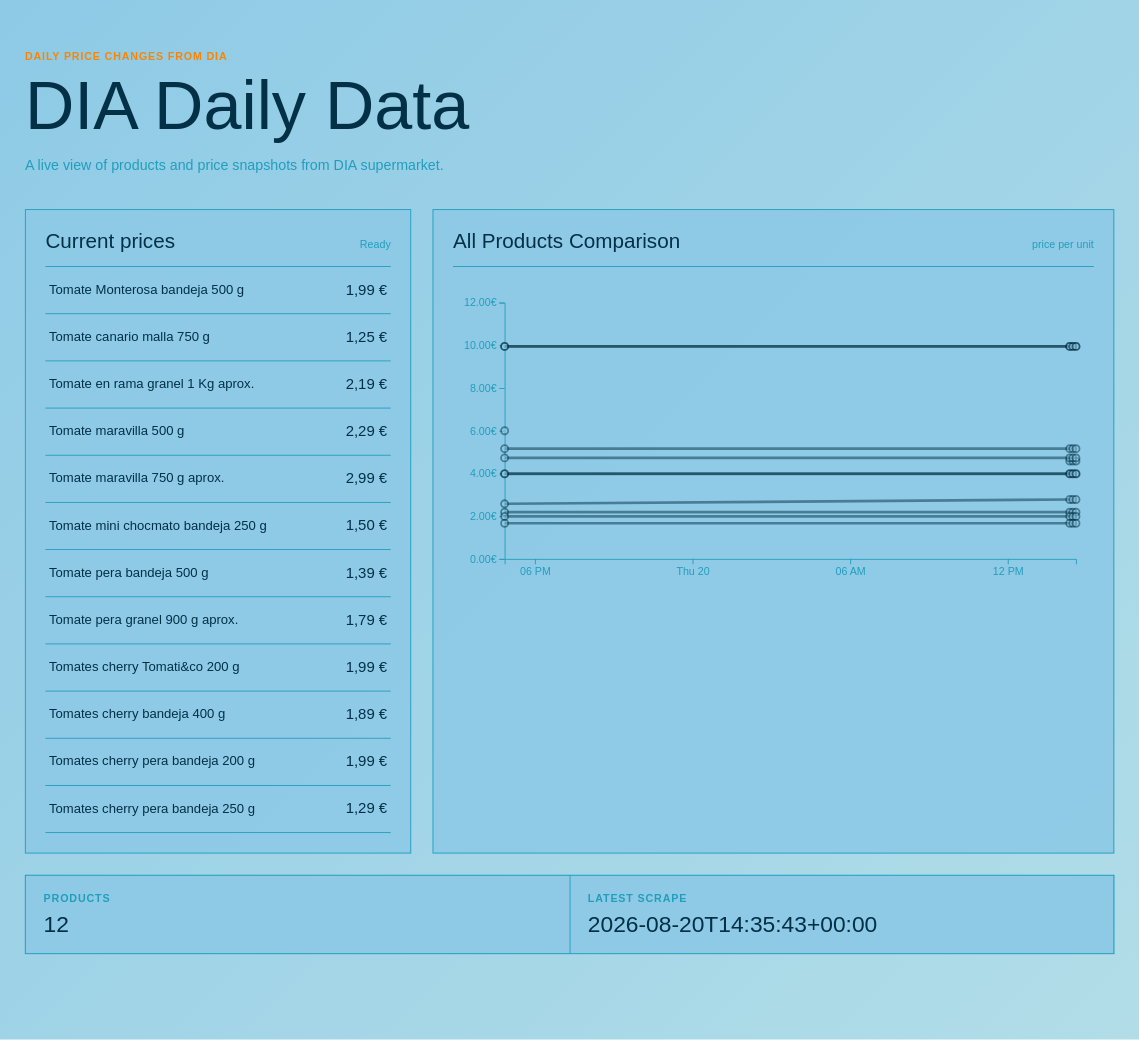
Repository: lloop/dia-daily-data
Page: http://localhost/
An editor plug-in stored every save of this project. The page is shown before and after the next save, followed by the edit.
The browser window is 1280 px wide. The pictures show the whole page, at 89% of full size.
The page is served by the project's application, run on Flask 3 (app.py). Other server files are loaded and not shown. The page reads the database file committed with the project.

Above is the page before, as saved 2026-08-20 17:23:08.

### templates/index.html
<!doctype html>
<html lang="en">
<head>
  <meta charset="utf-8">
  <meta name="viewport" content="width=device-width, initial-scale=1">
  <title>Daily Price Changes From DIA</title>
  <link rel="stylesheet" href="{{ url_for('static', filename='styles.css') }}">
</head>
<body>
  <main class="dashboard">
    <header class="dashboard__header">
      <p class="eyebrow">Daily Price Changes From DIA</p>
      <h1>DIA Daily Data</h1>
      <p class="lede">A live view of products and price snapshots from DIA supermarket.</p>
    </header>

    <section class="content-grid">
      <div class="panel">
        <div class="panel__heading">
          <h2>Current prices</h2>
          <span id="status">Loading...</span>
        </div>
        <div id="product-list" class="product-list"></div>
      </div>

      <div class="panel panel--chart">
        <div class="panel__heading">
          <h2 id="chart-title">Price history</h2>
          <span id="chart-unit"></span>
        </div>
        <svg id="price-chart" role="img" aria-label="Selected product price history"></svg>
        <p id="empty-chart" class="empty-state">Select a product to inspect its price history.</p>
      </div>
    </section>

    <section class="summary" aria-label="Database summary">
      <div><span class="summary__label">Products</span><strong id="product-count">-</strong></div>
      <div><span class="summary__label">Latest scrape</span><strong id="latest-scrape">-</strong></div>
    </section>

  </main>

  <script src="https://cdn.jsdelivr.net/npm/d3@7"></script>
  <script src="{{ url_for('static', filename='app.js') }}"></script>
</body>
</html>

### app.py
"""Flask server for exploring scraped DIA product and price data."""

import json
import sqlite3
from pathlib import Path

from flask import Flask, jsonify, render_template

from config import DATABASE_FILE


def create_app(database_path=None):
    """Create the Flask application, optionally using a test database."""
    app = Flask(__name__)
    app.config['DATABASE_FILE'] = Path(database_path or DATABASE_FILE)

    def query_database(query, parameters=()):
        database_file = app.config['DATABASE_FILE']
        if not database_file.exists():
            return []

        with sqlite3.connect(database_file) as connection:
            connection.row_factory = sqlite3.Row
            return [dict(row) for row in connection.execute(query, parameters)]

    @app.get('/')
    def index():
        return render_template('index.html')

    @app.get('/api/products')
    def products():
        rows = query_database(
            """
            SELECT
                products.id,
                products.name,
                products.item_type,
                products.metadata_json,
                latest.price,
                latest.currency,
                latest.raw_price_per_unit,
                latest.unit_price_eur,
                latest.availability,
                latest.scraped_at
            FROM products
            LEFT JOIN price_logs AS latest
                ON latest.id = (
                    SELECT price_logs.id
                    FROM price_logs
                    WHERE price_logs.product_id = products.id
                    ORDER BY price_logs.scraped_at DESC, price_logs.id DESC
                    LIMIT 1
                )
            ORDER BY products.name
            """
        )

        for row in rows:
            row['metadata'] = json.loads(row.pop('metadata_json') or '{}')

        return jsonify(rows)

    @app.get('/api/products/<int:product_id>/price-history')
    def price_history(product_id):
        rows = query_database(
            """
            SELECT price, currency, raw_price_per_unit, unit_price_eur,
                   availability, scraped_at
            FROM price_logs
            WHERE product_id = ?
            ORDER BY scraped_at, id
            """,
            (product_id,),
        )
        return jsonify(rows)

    return app


app = create_app()


if __name__ == '__main__':
    app.run(debug=True)

### static/styles.css
:root {
  color-scheme: light;
  --sky-blue-light: #8ecae6;
  --blue-green: #219ebc;
  --deep-space-blue: #023047;
  --amber-flame: #ffb703;
  --princeton-orange: #fb8500;
  --ink: var(--deep-space-blue);
  --muted: var(--blue-green);
  --paper: var(--sky-blue-light);
  --panel: var(--sky-blue-light);
  --line: var(--blue-green);
  --accent: var(--deep-space-blue);
  --accent-soft: rgba(255, 183, 3, 0.22);
}

* { box-sizing: border-box; }
body { margin: 0; background: linear-gradient(135deg, var(--sky-blue-light), rgba(33, 158, 188, 0.35)); color: var(--ink); font-family: Arial, Helvetica, sans-serif;}
.dashboard { max-width: 1280px; margin: 0 auto; padding: 56px 28px 72px; }
.dashboard__header { max-width: 700px; margin-bottom: 36px; }
.eyebrow, .summary__label, #status, #chart-unit { font: 600 0.75rem/1.2 Arial, sans-serif; letter-spacing: 0.08em; text-transform: uppercase; }
.eyebrow { color: var(--princeton-orange); margin: 0 0 12px; }
h1 { font-size: clamp(2.5rem, 6vw, 5.25rem); line-height: 0.95; margin: 0 0 18px; font-weight: 500; }
.lede { color: var(--muted); font: 1rem/1.6 Arial, sans-serif; margin: 0; }
.summary { display: flex; gap: 1px; margin-bottom: 24px; background: var(--line); border: 1px solid var(--line); }
.summary > div { flex: 1; background: var(--panel); padding: 18px 20px; }
.summary__label { display: block; color: var(--muted); margin-bottom: 8px; }
.summary strong { font-size: 1.6rem; font-weight: 500; }
.content-grid { display: grid; grid-template-columns: minmax(260px, 0.85fr) minmax(420px, 1.5fr); gap: 24px; margin-bottom: 24px;}
.panel { background: rgba(142, 202, 230, 0.92); border: 1px solid var(--line); padding: 22px; min-height: 420px; }
.panel__heading { display: flex; align-items: baseline; justify-content: space-between; gap: 16px; border-bottom: 1px solid var(--line); padding-bottom: 14px; }
h2 { font-size: 1.45rem; font-weight: 500; margin: 0; }
#status, #chart-unit { color: var(--muted); letter-spacing: 0; text-transform: none; font-weight: 400; }
.product-list { display: grid; }
.product-button { display: flex; justify-content: space-between; gap: 16px; width: 100%; text-align: left; border: 0; border-bottom: 1px solid var(--line); background: transparent; color: inherit; padding: 16px 4px; cursor: pointer; }
.product-button:hover, .product-button.is-selected { background: var(--accent-soft); padding-left: 10px; padding-right: 10px; }
.product-name { font: 0.92rem/1.35 Arial, sans-serif; }
.product-price { white-space: nowrap; font-size: 1.05rem; }
#price-chart { width: 100%; height: 350px; margin-top: 20px; overflow: visible; }
.axis text { fill: var(--muted); font: 12px Arial, sans-serif; }
.axis path, .axis line { stroke: var(--line); }
.chart-line { fill: none; stroke: var(--accent); stroke-width: 3; }
.chart-dot { fill: var(--panel); stroke: var(--accent); stroke-width: 2; }
.empty-state { color: var(--muted); font: 0.95rem/1.5 Arial, sans-serif; }
@media (max-width: 800px) { .dashboard { padding: 34px 16px 48px; } .content-grid { grid-template-columns: 1fr; } .summary { flex-direction: column; } .panel--chart { min-height: 360px; } }

### output/dia_products.sqlite3 (the tables this page reads, as SQL)
CREATE TABLE price_logs (
    id INTEGER PRIMARY KEY,
    product_id INTEGER NOT NULL,
    price REAL,
    currency TEXT,
    raw_price_per_unit TEXT,
    unit_price_eur REAL,
    availability TEXT,
    scraped_at DATETIME NOT NULL,
    FOREIGN KEY (product_id) REFERENCES products(id)
);
INSERT INTO "price_logs" VALUES
(1, 1, 1.29, 'EUR', '(2,58 €/KILO)', 2.58, 'https://schema.org/InStock', '2026-08-19T16:50:45+00:00'),
(2, 2, 2.19, 'EUR', '(2,19 €/KILO)', 2.19, 'https://schema.org/InStock', '2026-08-19T16:50:45+00:00'),
(3, 3, 1.99, 'EUR', '(9,95 €/KILO)', 9.95, 'https://schema.org/InStock', '2026-08-19T16:50:45+00:00'),
(4, 4, 1.29, 'EUR', '(5,16 €/KILO)', 5.16, 'https://schema.org/InStock', '2026-08-19T16:50:45+00:00'),
(5, 5, 1.79, 'EUR', '(1,99 €/KILO)', 1.99, 'https://schema.org/InStock', '2026-08-19T16:50:45+00:00'),
(6, 6, 1.89, 'EUR', '(4,73 €/KILO)', 4.73, 'https://schema.org/InStock', '2026-08-19T16:50:45+00:00'),
(7, 7, 1.99, 'EUR', '(3,98 €/KILO)', 3.98, 'https://schema.org/InStock', '2026-08-19T16:50:45+00:00'),
(8, 8, 1.25, 'EUR', '(1,67 €/KILO)', 1.67, 'https://schema.org/InStock', '2026-08-19T16:50:45+00:00'),
(9, 9, 2.99, 'EUR', '(3,99 €/KILO)', 3.99, 'https://schema.org/OutOfStock', '2026-08-19T16:50:45+00:00'),
(10, 10, 1.5, 'EUR', '(6,00 €/KILO)', 6.0, 'https://schema.org/InStock', '2026-08-19T16:50:45+00:00'),
(11, 11, 1.99, 'EUR', '(9,95 €/KILO)', 9.95, 'https://schema.org/InStock', '2026-08-19T16:50:45+00:00'),
(12, 1, 1.39, 'EUR', '(2,78 €/KILO)', 2.78, 'https://schema.org/InStock', '2026-08-20T14:21:22+00:00'),
(13, 2, 2.19, 'EUR', '(2,19 €/KILO)', 2.19, 'https://schema.org/InStock', '2026-08-20T14:21:22+00:00'),
(14, 3, 1.99, 'EUR', '(9,95 €/KILO)', 9.95, 'https://schema.org/InStock', '2026-08-20T14:21:22+00:00'),
(15, 4, 1.29, 'EUR', '(5,16 €/KILO)', 5.16, 'https://schema.org/InStock', '2026-08-20T14:21:22+00:00'),
(16, 5, 1.79, 'EUR', '(1,99 €/KILO)', 1.99, 'https://schema.org/InStock', '2026-08-20T14:21:22+00:00'),
(17, 6, 1.89, 'EUR', '(4,73 €/KILO)', 4.73, 'https://schema.org/InStock', '2026-08-20T14:21:22+00:00'),
(18, 7, 1.99, 'EUR', '(3,98 €/KILO)', 3.98, 'https://schema.org/InStock', '2026-08-20T14:21:22+00:00'),
(19, 8, 1.25, 'EUR', '(1,67 €/KILO)', 1.67, 'https://schema.org/InStock', '2026-08-20T14:21:22+00:00'),
(20, 9, 2.99, 'EUR', '(3,99 €/KILO)', 3.99, 'https://schema.org/OutOfStock', '2026-08-20T14:21:22+00:00'),
(21, 11, 1.99, 'EUR', '(9,95 €/KILO)', 9.95, 'https://schema.org/InStock', '2026-08-20T14:21:22+00:00'),
(22, 12, 2.29, 'EUR', '(4,58 €/KILO)', 4.58, 'https://schema.org/InStock', '2026-08-20T14:21:22+00:00'),
(23, 1, 1.39, 'EUR', '(2,78 €/KILO)', 2.78, 'https://schema.org/InStock', '2026-08-20T14:28:25+00:00'),
(24, 2, 2.19, 'EUR', '(2,19 €/KILO)', 2.19, 'https://schema.org/InStock', '2026-08-20T14:28:25+00:00'),
(25, 3, 1.99, 'EUR', '(9,95 €/KILO)', 9.95, 'https://schema.org/InStock', '2026-08-20T14:28:25+00:00'),
(26, 4, 1.29, 'EUR', '(5,16 €/KILO)', 5.16, 'https://schema.org/InStock', '2026-08-20T14:28:25+00:00'),
(27, 5, 1.79, 'EUR', '(1,99 €/KILO)', 1.99, 'https://schema.org/InStock', '2026-08-20T14:28:25+00:00'),
(28, 6, 1.89, 'EUR', '(4,73 €/KILO)', 4.73, 'https://schema.org/InStock', '2026-08-20T14:28:25+00:00'),
(29, 7, 1.99, 'EUR', '(3,98 €/KILO)', 3.98, 'https://schema.org/InStock', '2026-08-20T14:28:25+00:00'),
(30, 8, 1.25, 'EUR', '(1,67 €/KILO)', 1.67, 'https://schema.org/InStock', '2026-08-20T14:28:25+00:00'),
(31, 9, 2.99, 'EUR', '(3,99 €/KILO)', 3.99, 'https://schema.org/OutOfStock', '2026-08-20T14:28:25+00:00'),
(32, 11, 1.99, 'EUR', '(9,95 €/KILO)', 9.95, 'https://schema.org/InStock', '2026-08-20T14:28:25+00:00'),
(33, 12, 2.29, 'EUR', '(4,58 €/KILO)', 4.58, 'https://schema.org/InStock', '2026-08-20T14:28:25+00:00'),
(34, 1, 1.39, 'EUR', '(2,78 €/KILO)', 2.78, 'https://schema.org/InStock', '2026-08-20T14:35:43+00:00'),
(35, 2, 2.19, 'EUR', '(2,19 €/KILO)', 2.19, 'https://schema.org/InStock', '2026-08-20T14:35:43+00:00'),
(36, 3, 1.99, 'EUR', '(9,95 €/KILO)', 9.95, 'https://schema.org/InStock', '2026-08-20T14:35:43+00:00'),
(37, 4, 1.29, 'EUR', '(5,16 €/KILO)', 5.16, 'https://schema.org/InStock', '2026-08-20T14:35:43+00:00'),
(38, 5, 1.79, 'EUR', '(1,99 €/KILO)', 1.99, 'https://schema.org/InStock', '2026-08-20T14:35:43+00:00'),
(39, 6, 1.89, 'EUR', '(4,73 €/KILO)', 4.73, 'https://schema.org/InStock', '2026-08-20T14:35:43+00:00'),
(40, 7, 1.99, 'EUR', '(3,98 €/KILO)', 3.98, 'https://schema.org/InStock', '2026-08-20T14:35:43+00:00'),
(41, 8, 1.25, 'EUR', '(1,67 €/KILO)', 1.67, 'https://schema.org/InStock', '2026-08-20T14:35:43+00:00'),
(42, 9, 2.99, 'EUR', '(3,99 €/KILO)', 3.99, 'https://schema.org/OutOfStock', '2026-08-20T14:35:43+00:00'),
(43, 11, 1.99, 'EUR', '(9,95 €/KILO)', 9.95, 'https://schema.org/InStock', '2026-08-20T14:35:43+00:00'),
(44, 12, 2.29, 'EUR', '(4,58 €/KILO)', 4.58, 'https://schema.org/InStock', '2026-08-20T14:35:43+00:00');

CREATE TABLE products (
    id INTEGER PRIMARY KEY,
    name TEXT UNIQUE NOT NULL,
    item_type TEXT,
    metadata_json TEXT NOT NULL
);
INSERT INTO "products" VALUES
(1, 'Tomate pera bandeja 500 g', 'Product', '{"type": "Product", "info_labels": ["Calibre: + 57MM-75MM", "Categoria: I", "Variedad: PERA", "Origen: PORTUGAL", "Tipo de producto: Tomates"]}'),
(2, 'Tomate en rama granel 1 Kg aprox.', 'Product', '{"type": "Product", "info_labels": ["Calibre: 57 + MM", "Categoria: I", "Variedad: RAMA", "Origen: VER ENVASE", "Tipo de producto: Tomates"]}'),
(3, 'Tomates cherry Tomati&co 200 g', 'Product', '{"type": "Product", "info_labels": ["Calibre: 18-35MM", "Categoria: I", "Variedad: VITALION", "Origen: ESPAÑA", "Tipo de producto: Tomates"]}'),
(4, 'Tomates cherry pera bandeja 250 g', 'Product', '{"type": "Product", "info_labels": ["Calibre: 17-35 MM", "Categoria: I", "Variedad: CHERRY PERA, ANGELLE", "Origen: ESPAÑA", "Tipo de producto: Tomates"]}'),
(5, 'Tomate pera granel 900 g aprox.', 'Product', '{"type": "Product", "info_labels": ["Calibre: 47-66MM", "Categoria: I", "Variedad: PERA", "Origen: PORTUGAL", "Tipo de producto: Tomates"]}'),
(6, 'Tomates cherry bandeja 400 g', 'Product', '{"type": "Product", "info_labels": ["Calibre: 18 MM - 32 MM", "Categoria: I", "Variedad: CHERRY REDONDO, KARELYA", "Origen: ESPAÑA", "Tipo de producto: Tomates"]}'),
(7, 'Tomate Monterosa bandeja 500 g', 'Product', '{"type": "Product", "info_labels": ["Calibre: +67MM-", "Categoria: I", "Variedad: MONTEROSA", "Origen: VER ENVASE", "Tipo de producto: Tomates"]}'),
(8, 'Tomate canario malla 750 g', 'Product', '{"type": "Product", "info_labels": ["Calibre: 47MM-66MM", "Categoria: I", "Variedad: -", "Origen: PORTUGAL", "Tipo de producto: Tomates"]}'),
(9, 'Tomate maravilla 750 g aprox.', 'Product', '{"type": "Product", "info_labels": ["Calibre: + 67MM", "Categoria: I", "Variedad: MARAVILLA", "Origen: ESPAÑA", "Tipo de producto: Tomates"]}'),
(10, 'Tomate mini chocmato bandeja 250 g', 'Product', '{"type": "Product", "info_labels": ["Calibre: 17-35MM", "Categoria: I", "Variedad: MINI CHOCMATO", "Origen: ESPAÑA", "Tipo de producto: Tomates"]}'),
(11, 'Tomates cherry pera bandeja 200 g', 'Product', '{"type": "Product", "info_labels": ["Calibre: 20-35 MM", "Categoria: I", "Variedad: CHERRY PERA LOBELLO", "Origen: ESPAÑA", "Tipo de producto: Tomates"]}'),
(12, 'Tomate maravilla 500 g', 'Product', '{"type": "Product", "info_labels": ["Calibre: 57 MM", "Categoria: I", "Variedad: MARAVILLA", "Origen: ESPAÑA", "Tipo de producto: Tomates"]}');

Loaded but not shown: static/app.js (179 lines, source omitted)

After the next save:
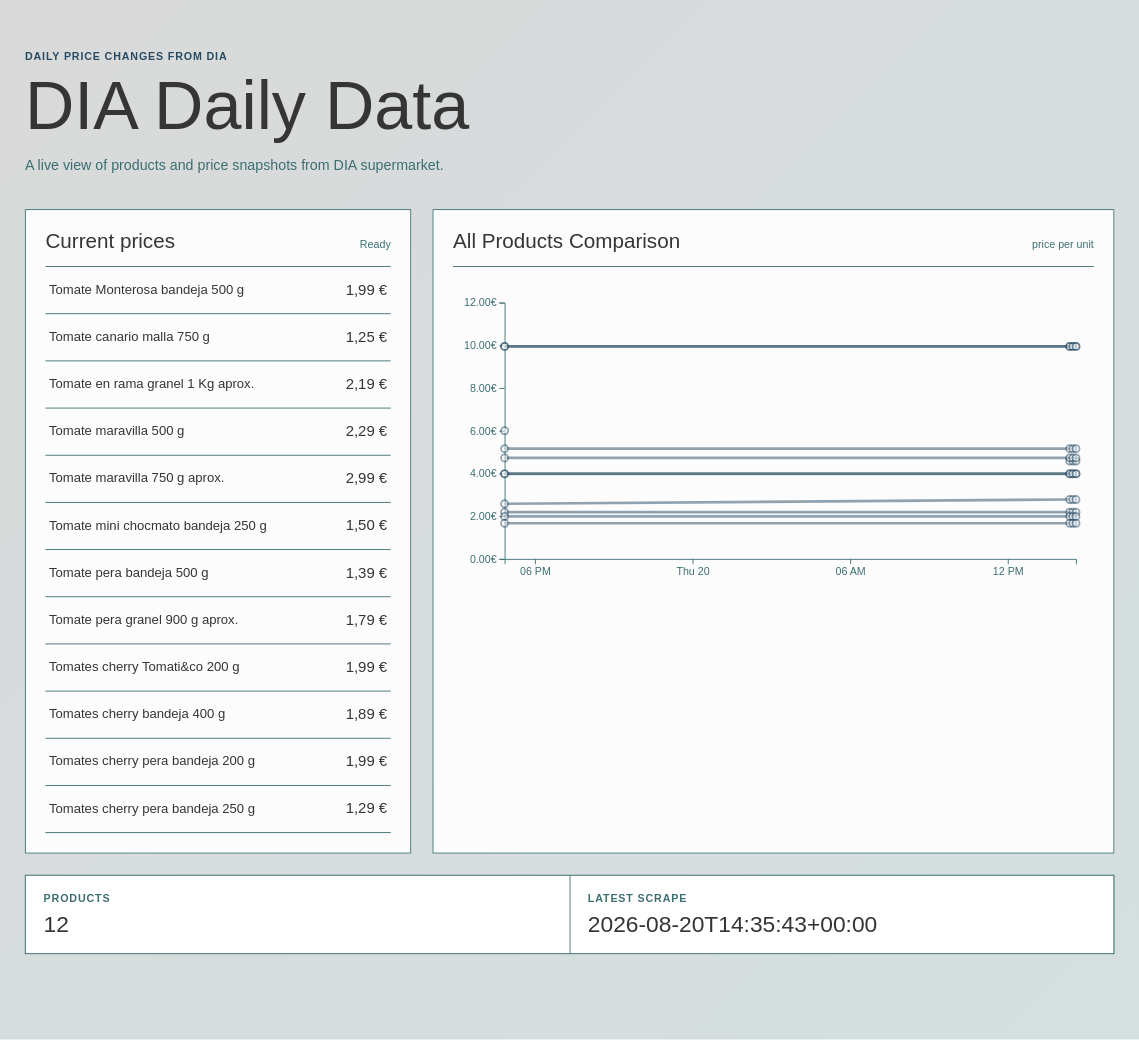
Saved 2 min 4 s later.
--- a/static/styles.css
+++ b/static/styles.css
@@ -1,25 +1,25 @@
 :root {
   color-scheme: light;
-  --sky-blue-light: #8ecae6;
-  --blue-green: #219ebc;
-  --deep-space-blue: #023047;
-  --amber-flame: #ffb703;
-  --princeton-orange: #fb8500;
-  --ink: var(--deep-space-blue);
-  --muted: var(--blue-green);
-  --paper: var(--sky-blue-light);
-  --panel: var(--sky-blue-light);
-  --line: var(--blue-green);
-  --accent: var(--deep-space-blue);
-  --accent-soft: rgba(255, 183, 3, 0.22);
+  --graphite: #353535;
+  --stormy-teal: #3c6e71;
+  --white: #ffffff;
+  --alabaster-grey: #d9d9d9;
+  --yale-blue: #284b63;
+  --ink: var(--graphite);
+  --muted: var(--stormy-teal);
+  --paper: var(--alabaster-grey);
+  --panel: var(--white);
+  --line: var(--stormy-teal);
+  --accent: var(--yale-blue);
+  --accent-soft: rgba(60, 110, 113, 0.16);
 }
 
 * { box-sizing: border-box; }
-body { margin: 0; background: linear-gradient(135deg, var(--sky-blue-light), rgba(33, 158, 188, 0.35)); color: var(--ink); font-family: Arial, Helvetica, sans-serif;}
+body { margin: 0; background: linear-gradient(135deg, var(--alabaster-grey), rgba(60, 110, 113, 0.22)); color: var(--ink); font-family: Arial, Helvetica, sans-serif;}
 .dashboard { max-width: 1280px; margin: 0 auto; padding: 56px 28px 72px; }
 .dashboard__header { max-width: 700px; margin-bottom: 36px; }
 .eyebrow, .summary__label, #status, #chart-unit { font: 600 0.75rem/1.2 Arial, sans-serif; letter-spacing: 0.08em; text-transform: uppercase; }
-.eyebrow { color: var(--princeton-orange); margin: 0 0 12px; }
+.eyebrow { color: var(--yale-blue); margin: 0 0 12px; }
 h1 { font-size: clamp(2.5rem, 6vw, 5.25rem); line-height: 0.95; margin: 0 0 18px; font-weight: 500; }
 .lede { color: var(--muted); font: 1rem/1.6 Arial, sans-serif; margin: 0; }
 .summary { display: flex; gap: 1px; margin-bottom: 24px; background: var(--line); border: 1px solid var(--line); }
@@ -27,7 +27,7 @@
 .summary__label { display: block; color: var(--muted); margin-bottom: 8px; }
 .summary strong { font-size: 1.6rem; font-weight: 500; }
 .content-grid { display: grid; grid-template-columns: minmax(260px, 0.85fr) minmax(420px, 1.5fr); gap: 24px; margin-bottom: 24px;}
-.panel { background: rgba(142, 202, 230, 0.92); border: 1px solid var(--line); padding: 22px; min-height: 420px; }
+.panel { background: rgba(255, 255, 255, 0.92); border: 1px solid var(--line); padding: 22px; min-height: 420px; }
 .panel__heading { display: flex; align-items: baseline; justify-content: space-between; gap: 16px; border-bottom: 1px solid var(--line); padding-bottom: 14px; }
 h2 { font-size: 1.45rem; font-weight: 500; margin: 0; }
 #status, #chart-unit { color: var(--muted); letter-spacing: 0; text-transform: none; font-weight: 400; }
